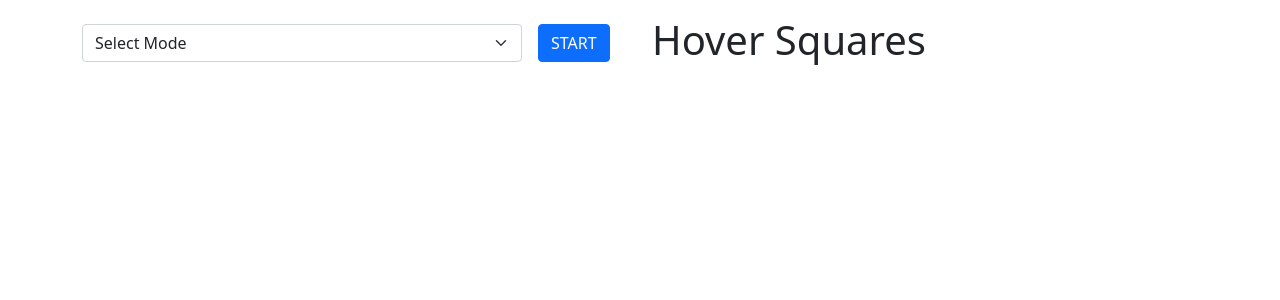
Repository: tsydikov/StarNaviTestTask
Page: /
These files come from the project's save history. The page is drawn as it stood at one moment and after the next save; the edit follows.
The browser window is 1280 px wide. The pictures show the whole page.
The project was rebuilt for these pictures with package versions that can differ from the ones it lists, and the page was loaded fresh each time.

Above is the page before, as saved 2021-08-18 19:20:21.

After the next save:
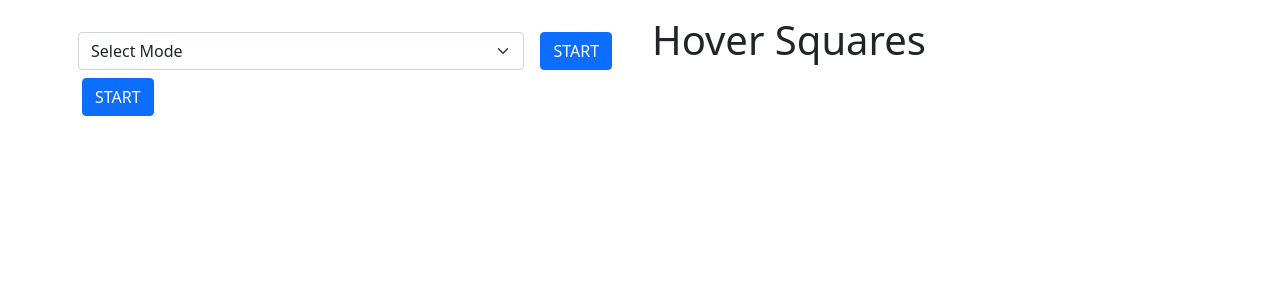
Saved 2 min 8 s later.
--- a/src/App.js
+++ b/src/App.js
@@ -67,11 +67,15 @@ function alert (key, style) {
     <div className="container p-3">
       <div className="row ">
         <div className="col">
+        <div className="row">
+              <div className="col p-2">
           <GameMode
             onChange={gameMode => setMode(gameMode)}
-            getGameSettings={getGameSettings}
+
           />
-
+          <button type="button" className="btn btn-primary" onClick={getGameSettings}>START</button>
+          </div>
+            </div>
           {/* <Squares /> */}
           <div className="row">
             <div className="col">

After the save that followed:
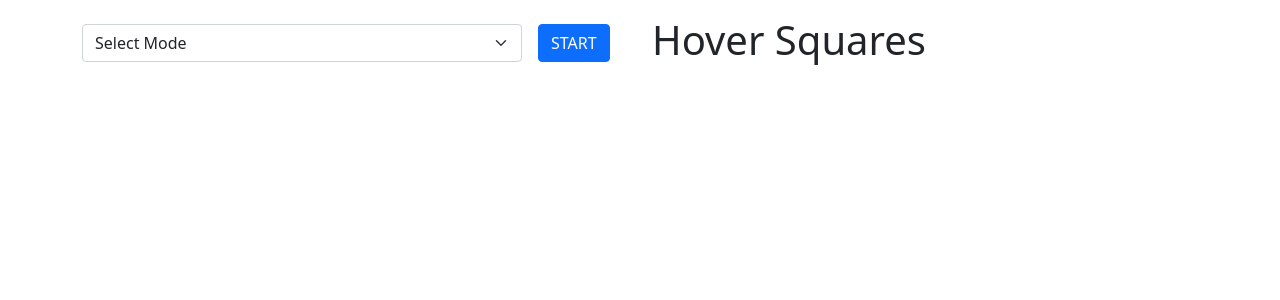
Saved 15 s later.
--- a/src/components/GameMode.js
+++ b/src/components/GameMode.js
@@ -3,17 +3,15 @@ import React from "react";
 const GameMode = ({ getGameSettings,onChange }) => {
     console.log(onChange)
     return(
-        <div className="row">
-              <div className="col p-2">
+
                 <select className="form-select p" defaultValue="0" onChange={event => onChange(event.target.value)}>
                   <option value="">Select Mode</option>
                    <option value="easyMode">Easy</option>
                   <option value="normalMode">Normal</option>
                   <option value="hardMode">Hard</option>
                 </select>
-                <button type="button" className="btn btn-primary" onClick={getGameSettings}>START</button>
-              </div>
-            </div>
+
+
     )
 }
 
